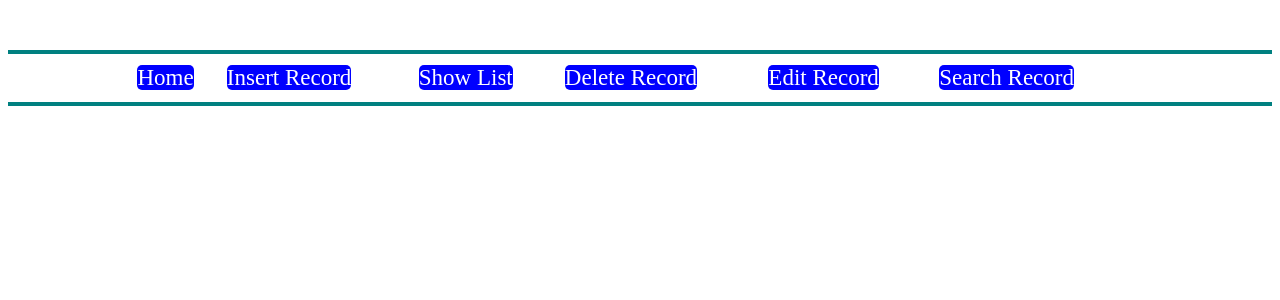
Repository: nikunj-var/Advance_Java
Page: http://localhost/product_management/
The author's editor kept a copy of each file at every save. The page is drawn from the files as they stood at one save, then again after the next save.
The browser window is 1280 px wide. The pictures show the whole page.
The page is served by Tomcat 10.

Above is the page before, as saved 2023-07-17 13:05:16.

After the next save:
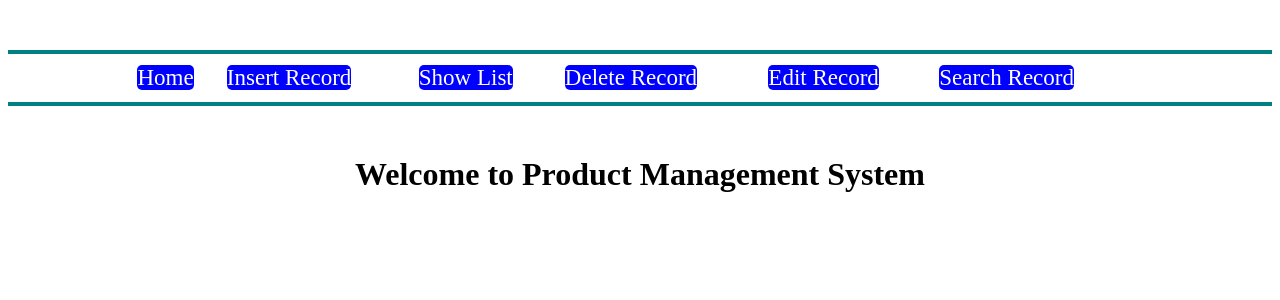
Saved 69 s later.
--- a/product_management/src/main/webapp/index.jsp
+++ b/product_management/src/main/webapp/index.jsp
@@ -1,13 +1,8 @@
-<%@ page language="java" contentType="text/html; charset=UTF-8"
-    pageEncoding="UTF-8"%>
-    <%@ include file = "navbar.jsp"%>
-<!DOCTYPE html>
+<%@ include file = "navbar.jsp"%>
 <html>
-<head>
-<meta charset="UTF-8">
-<title>Insert title here</title>
-</head>
-<body>
-
-</body>
+	<body>
+		<div class='div'>
+			<h1>Welcome to Product Management System</h1>
+		</div>
+	</body>
 </html>
